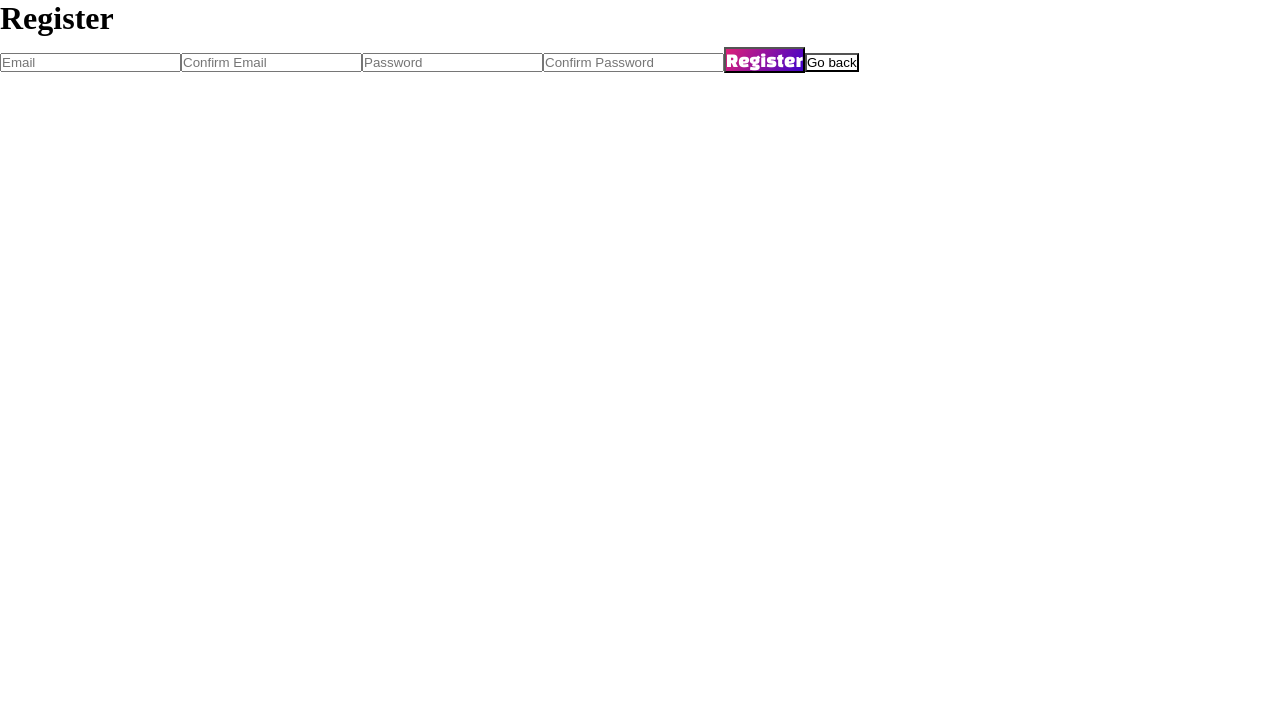
Repository: itadori17/final-fire-todo
Page: /register
The author's editor kept a copy of each file at every save. The page is drawn from the files as they stood at one save, then again after the next save.
The browser window is 1280 px wide. The pictures show the whole page.
The project was rebuilt for these pictures with package versions that can differ from the ones it lists, and the page was loaded fresh each time. Also part of the build but not shown: src/App.css, src/components/Welcome.js, src/components/homepage.css, src/components/Homepage.js.

Above is the page before, as saved 2022-07-08 14:39:12.

After the next save:
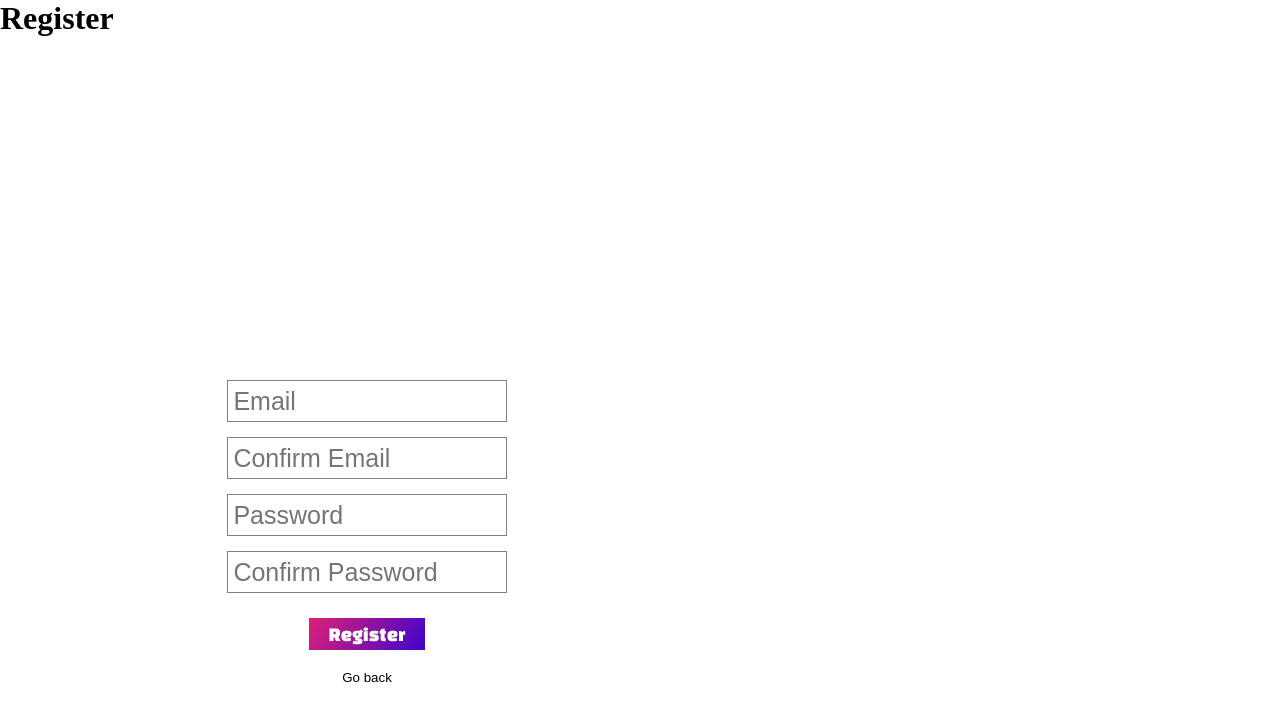
Saved 92 s later.
--- a/src/components/Register.js
+++ b/src/components/Register.js
@@ -36,6 +36,7 @@ export default function Register() {
   return (
     <div className='Welcome'>
         <h1>Register</h1>
+        <div className='login-register-container'>
          <input
               type="email"
               placeholder="Email"
@@ -70,6 +71,8 @@ export default function Register() {
             <button className="sign-in-register-button" onClick={handleRegister}>Register</button>
             <button className="create-account-button" onClick={ handleBack}>Go back</button>
 
+
+    </div>
     </div>
   )
 }
